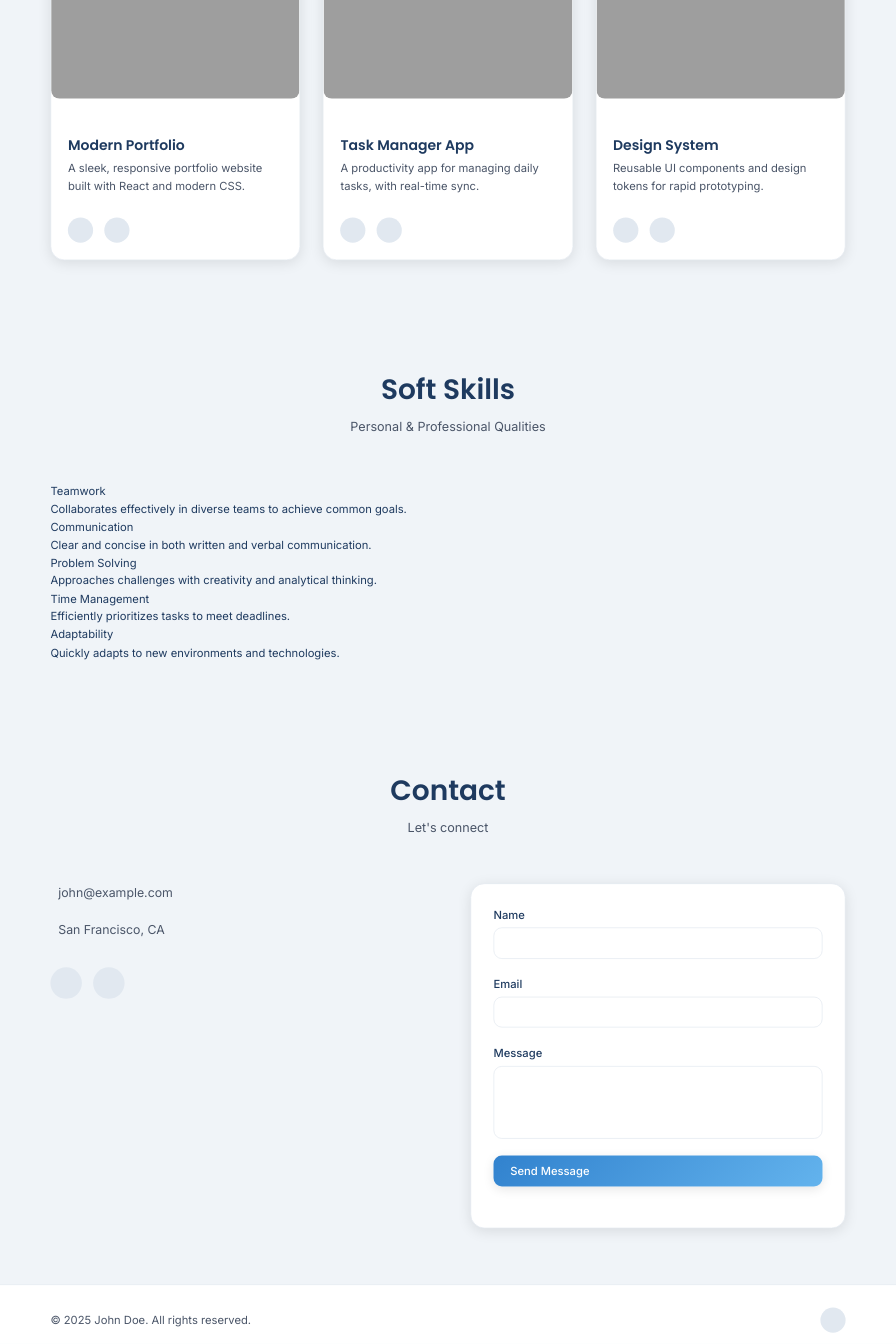
Repository: TharunPathakamuri/Portfolio
Page: index.html
These files come from the project's save history. The page is drawn as it stood at one moment and after the next save; the edit follows.
The browser window is 1280 px wide. The pictures show the part of the page from y = 2567 to 4487 px (the page is 4487 px tall before and 4436 px after), at 70% of full size.
Pictures or frames that could not be fetched are drawn as grey boxes.

Above is the page before, as saved 2025-07-04 23:34:41.

### index.html
<!DOCTYPE html>
<html lang="en">
  <head>
    <meta charset="UTF-8" />
    <meta name="viewport" content="width=device-width, initial-scale=1.0" />
    <title>Tharun Pathakamuri - Portfolio</title>
    <meta
      name="description"
      content="Personal Portfolio - Modern Web Developer"
    />

    <!-- Google Fonts -->
    <link rel="preconnect" href="https://fonts.googleapis.com" />
    <link rel="preconnect" href="https://fonts.gstatic.com" crossorigin />
    <link
      href="https://fonts.googleapis.com/css2?family=Inter:wght@300;400;500;600;700&family=Poppins:wght@300;400;500;600;700&display=swap"
      rel="stylesheet"
    />

    <!-- Lucide Icons -->
    <link
      rel="stylesheet"
      href="https://cdn.jsdelivr.net/npm/lucide-static@0.292.0/font/lucide.css"
    />

    <!-- Custom CSS -->
    <link rel="stylesheet" href="styles.css" />
    <link rel="shortcut icon" href="favicon.ico" type="image/x-icon" />
  </head>
  <body>
    <!-- Navigation -->
    <nav class="navbar" id="navbar">
      <div class="container">
        <div class="nav-content">
          <div class="nav-logo">
            <h3>Portfolio</h3>
          </div>

          <ul class="nav-menu" id="nav-menu">
            <li><a href="#home" class="nav-link">Home</a></li>
            <li><a href="#about" class="nav-link">About</a></li>
            <li><a href="#skills" class="nav-link">Skills</a></li>
            <li><a href="#projects" class="nav-link">Projects</a></li>
            <li><a href="#experience" class="nav-link">Experience</a></li>
            <li><a href="#contact" class="nav-link">Contact</a></li>
          </ul>

          <div class="nav-actions">
            <button
              class="theme-toggle"
              id="theme-toggle"
              aria-label="Toggle dark mode"
            >
              <i class="lucide lucide-moon"></i>
            </button>

            <button
              class="mobile-menu-toggle"
              id="mobile-menu-toggle"
              aria-label="Toggle mobile menu"
            >
              <i class="lucide lucide-menu"></i>
            </button>
          </div>
        </div>
      </div>
    </nav>

    <!-- Hero Section -->
    <section id="home" class="hero">
      <div class="container">
        <div class="hero-content">
          <div class="hero-text">
            <div class="hero-greeting">
              <span class="wave">👋</span> Hello, I'm
            </div>

            <h1 class="hero-title">
              <span class="name">Tharun Sai Charan Pathakamuri</span>
              <span class="title">Junior Web Developer</span>
            </h1>

            <p class="hero-description">
              I create beautiful, functional, and user-centered digital
              experiences. Passionate about clean code, modern design, and
              innovative solutions.
            </p>

            <div class="hero-actions">
              <button
                class="btn btn-primary"
                onclick="scrollToSection('contact')"
              >
                <i class="lucide lucide-mail"></i>
                Get In Touch
              </button>

              <a
                href="THARUN_PATHAKAMUR_RESUME.pdf"
                class="btn btn-secondary"
                download
              >
                <i class="lucide lucide-download"></i>
                Download Resume
              </a>
            </div>

            <div class="hero-social">
              <a
                href="https://github.com/TharunPathakamuri"
                target="_blank"
                rel="noopener noreferrer"
                class="social-link"
              >
                <i class="lucide lucide-github"></i>
              </a>
              <a
                href="https://www.linkedin.com/in/tharun-pathakamuri/"
                target="_blank"
                rel="noopener noreferrer"
                class="social-link"
              >
                <i class="lucide lucide-linkedin"></i>
              </a>
            </div>
          </div>

          <div class="hero-visual">
            <div class="hero-image">
              <div class="image-placeholder">
                <div class="placeholder-text">JD</div>
              </div>
            </div>
          </div>
        </div>
      </div>
    </section>

    <!-- About Section -->
    <section id="about" class="about section">
      <div class="container">
        <div class="section-header">
          <h2 class="section-title">About Me</h2>
          <p class="section-subtitle">Get to know me better</p>
        </div>

        <div class="about-content">
          <div class="about-text">
            <div class="about-description">
              <p>
                🎓 I’m a B.Tech graduate in Electronics and Communication
                Engineering with a strong interest in web development and Python
                programming.
              </p>

              <p>
                💡 Skilled in HTML, CSS, SQL, and Git, I build
                responsive and user-friendly websites with clean code and
                creative UI.
              </p>

              <p>
               🚀 Currently exploring JavaScript and UI/UX, and
                actively seeking opportunities to contribute to real-world
                projects and grow as a developer.
              </p>
            </div>

            <div class="about-highlights">
              <div class="highlight-item">
                <div class="highlight-icon">
                  <i class="lucide lucide-briefcase"></i>
                </div>
                <div class="highlight-content">
                  <h4 class="highlight-title">Fresher</h4>
                  <p class="highlight-description">Professional Experience</p>
                </div>
              </div>

              <div class="highlight-item">
                <div class="highlight-icon">
                  <i class="lucide lucide-graduation-cap"></i>
                </div>
                <div class="highlight-content">
                  <h4 class="highlight-title">Electronics and Communication
                Engineering</h4>
                  <p class="highlight-description">Bachelor's Degree</p>
                </div>
              </div>

              <div class="highlight-item">
                <div class="highlight-icon">
                  <i class="lucide lucide-map-pin"></i>
                </div>
                <div class="highlight-content">
                  <h4 class="highlight-title">Remote</h4>
                  <p class="highlight-description">Available Worldwide</p>
                </div>
              </div>

              <div class="highlight-item">
                <div class="highlight-icon">
                  <i class="lucide lucide-calendar"></i>
                </div>
                <div class="highlight-content">
                  <h4 class="highlight-title">Available</h4>
                  <p class="highlight-description">For New Projects</p>
                </div>
              </div>
            </div>
          </div>

          <div class="about-visual">
            <div class="about-card">
              <div class="card-header">
                <h3>Personal Info</h3>
              </div>

              <div class="info-list">
                <div class="info-item">
                  <span class="info-label">Name:</span>
                  <span class="info-value">Tharun Sai Charan Pathakamuri</span>
                </div>

                <div class="info-item">
                  <span class="info-label">Email:</span>
                  <span class="info-value">tharunsaicharanpathakamuri@gmail.com</span>
                </div>

                <div class="info-item">
                  <span class="info-label">Location:</span>
                  <span class="info-value">Hyderabad, India</span>
                </div>

                <div class="info-item">
                  <span class="info-label">Languages:</span>
                  <span class="info-value">English, Telugu, Hindi</span>
                </div>
              </div>
            </div>
          </div>
        </div>
      </div>
    </section>

    <!-- Skills Section -->
    <section id="skills" class="skills section">
      <div class="container">
        <div class="section-header">
          <h2 class="section-title">Skills</h2>
          <p class="section-subtitle">Technologies & Tools</p>
        </div>

        <div class="skills-grid">
          <div class="skill-card">
            <div class="skill-icon">
              <i class="lucide lucide-code"></i>
            </div>
            <div class="skill-name">HTML5</div>
          </div>

          <div class="skill-card">
            <div class="skill-icon">
              <i class="lucide lucide-palette"></i>
            </div>
            <div class="skill-name">CSS3</div>
          </div>

          <div class="skill-card">
            <div class="skill-icon">
              <i class="lucide lucide-file-code"></i>
            </div>
            <div class="skill-name">JavaScript</div>
          </div>

          <div class="skill-card">
            <div class="skill-icon">
              <i class="lucide lucide-zap"></i>
            </div>
            <div class="skill-name">React</div>
          </div>


          <div class="skill-card">
            <div class="skill-icon">
              <i class="lucide lucide-database"></i>
            </div>
            <div class="skill-name">SQL</div>
          </div>

          <div class="skill-card">
            <div class="skill-icon">
              <i class="lucide lucide-git-branch"></i>
            </div>
            <div class="skill-name">Git</div>
          </div>
          </div>
          </div>
    </section>

    <!-- Projects Section -->
    <section id="projects" class="projects section">
      <div class="container">
        <div class="section-header">
          <h2 class="section-title">Projects</h2>
          <p class="section-subtitle">Selected Work</p>
        </div>

        <div class="projects-grid">
          <div class="project-card">
            <div class="project-image">
              <img src="https://images.unsplash.com/photo-1461749280684-dccba630e2f6?auto=format&fit=crop&w=400&q=80" alt="Modern Portfolio - Professional workspace with laptop" style="object-fit:cover;width:100%;height:220px;border-radius:12px;" />
            </div>
            <div class="project-content">
              <h3 class="project-title">Modern Portfolio</h3>
              <p class="project-description">
                A sleek, responsive portfolio website built with React and
                modern CSS.
              </p>
              <div class="project-tech">
                <span class="tech-icon"><i class="lucide lucide-zap"></i></span>
                <span class="tech-icon"
                  ><i class="lucide lucide-image"></i
                ></span>
              </div>
              <div class="project-links">
                <a
                  href="https://github.com"
                  target="_blank"
                  rel="noopener noreferrer"
                  class="project-link"
                >
                  <i class="lucide lucide-github"></i>
                </a>
                <a
                  href="#"
                  target="_blank"
                  rel="noopener noreferrer"
                  class="project-link"
                >
                  <i class="lucide lucide-external-link"></i>
                </a>
              </div>
            </div>
          </div>

          <div class="project-card">
            <div class="project-image">
              <img src="https://images.unsplash.com/photo-1519389950473-47ba0277781c?auto=format&fit=crop&w=400&q=80" alt="Task Manager App - Organized desk with productivity tools" style="object-fit:cover;width:100%;height:220px;border-radius:12px;" />
            </div>
            <div class="project-content">
              <h3 class="project-title">Task Manager App</h3>
              <p class="project-description">
                A productivity app for managing daily tasks, with real-time
                sync.
              </p>
              <div class="project-tech">
                <span class="tech-icon"><i class="lucide lucide-zap"></i></span>
                <span class="tech-icon"
                  ><i class="lucide lucide-server"></i
                ></span>
                <span class="tech-icon"
                  ><i class="lucide lucide-database"></i
                ></span>
              </div>
              <div class="project-links">
                <a
                  href="https://github.com"
                  target="_blank"
                  rel="noopener noreferrer"
                  class="project-link"
                >
                  <i class="lucide lucide-github"></i>
                </a>
                <a
                  href="#"
                  target="_blank"
                  rel="noopener noreferrer"
                  class="project-link"
                >
                  <i class="lucide lucide-external-link"></i>
                </a>
              </div>
            </div>
          </div>

          <div class="project-card">
            <div class="project-image">
              <img src="https://images.unsplash.com/photo-1506744038136-46273834b3fb?auto=format&fit=crop&w=400&q=80" alt="Design System - UI design sketches and color swatches" style="object-fit:cover;width:100%;height:220px;border-radius:12px;" />
            </div>
            <div class="project-content">
              <h3 class="project-title">Design System</h3>
              <p class="project-description">
                Reusable UI components and design tokens for rapid prototyping.
              </p>
              <div class="project-tech">
                <span class="tech-icon"
                  ><i class="lucide lucide-image"></i
                ></span>
                <span class="tech-icon"><i class="lucide lucide-zap"></i></span>
              </div>
              <div class="project-links">
                <a
                  href="https://github.com"
                  target="_blank"
                  rel="noopener noreferrer"
                  class="project-link"
                >
                  <i class="lucide lucide-github"></i>
                </a>
                <a
                  href="#"
                  target="_blank"
                  rel="noopener noreferrer"
                  class="project-link"
                >
                  <i class="lucide lucide-external-link"></i>
                </a>
              </div>
            </div>
          </div>
        </div>
      </div>
    </section>

    <!-- Soft Skills Section -->
    <section id="softskills" class="softskills section">
      <div class="container">
        <div class="section-header">
          <h2 class="section-title">Soft Skills</h2>
          <p class="section-subtitle">Personal & Professional Qualities</p>
        </div>
        <div class="softskills-grid">
          <div class="softskill-card">
            <div class="softskill-icon"><i class="lucide lucide-users"></i></div>
            <div class="softskill-name">Teamwork</div>
            <div class="softskill-desc">Collaborates effectively in diverse teams to achieve common goals.</div>
          </div>
          <div class="softskill-card">
            <div class="softskill-icon"><i class="lucide lucide-message-circle"></i></div>
            <div class="softskill-name">Communication</div>
            <div class="softskill-desc">Clear and concise in both written and verbal communication.</div>
          </div>
          <div class="softskill-card">
            <div class="softskill-icon"><i class="lucide lucide-lightbulb"></i></div>
            <div class="softskill-name">Problem Solving</div>
            <div class="softskill-desc">Approaches challenges with creativity and analytical thinking.</div>
          </div>
          <div class="softskill-card">
            <div class="softskill-icon"><i class="lucide lucide-clock"></i></div>
            <div class="softskill-name">Time Management</div>
            <div class="softskill-desc">Efficiently prioritizes tasks to meet deadlines.</div>
          </div>
          <div class="softskill-card">
            <div class="softskill-icon"><i class="lucide lucide-smile"></i></div>
            <div class="softskill-name">Adaptability</div>
            <div class="softskill-desc">Quickly adapts to new environments and technologies.</div>
          </div>
        </div>
      </div>
    </section>

    <!-- Contact Section -->
    <section id="contact" class="contact section">
      <div class="container">
        <div class="section-header">
          <h2 class="section-title">Contact</h2>
          <p class="section-subtitle">Let's connect</p>
        </div>

        <div class="contact-content">
          <div class="contact-info">
            <div class="contact-item">
              <i class="lucide lucide-mail"></i>
              <span>john@example.com</span>
            </div>
            <div class="contact-item">
              <i class="lucide lucide-map-pin"></i>
              <span>San Francisco, CA</span>
            </div>
            <div class="contact-social">
              <a
                href="https://github.com"
                target="_blank"
                rel="noopener noreferrer"
                class="social-link"
              >
                <i class="lucide lucide-github"></i>
              </a>
              <a
                href="https://linkedin.com"
                target="_blank"
                rel="noopener noreferrer"
                class="social-link"
              >
                <i class="lucide lucide-linkedin"></i>
              </a>
            </div>
          </div>

          <form class="contact-form" id="contact-form">
            <div class="form-group">
              <label for="name">Name</label>
              <input id="name" type="text" required />
              <span class="form-error" id="name-error"></span>
            </div>

            <div class="form-group">
              <label for="email">Email</label>
              <input id="email" type="email" required />
              <span class="form-error" id="email-error"></span>
            </div>

            <div class="form-group">
              <label for="message">Message</label>
              <textarea id="message" rows="4" required></textarea>
              <span class="form-error" id="message-error"></span>
            </div>

            <button type="submit" class="btn btn-primary">Send Message</button>
            <div class="form-success" id="form-success"></div>
          </form>
        </div>
      </div>
    </section>

    <!-- Footer -->
    <footer class="footer">
      <div class="container">
        <div class="footer-content">
          <span
            >&copy; <span id="current-year"></span> John Doe. All rights
            reserved.</span
          >
          <button
            class="footer-top"
            onclick="scrollToTop()"
            aria-label="Back to top"
          >
            <i class="lucide lucide-arrow-up"></i>
          </button>
        </div>
      </div>
    </footer>

    <!-- Custom JavaScript -->
    <script src="script.js"></script>
  </body>
</html>

Loaded but not shown: script.js (335 lines, source omitted); styles.css (1099 lines, source omitted)

After the next save:
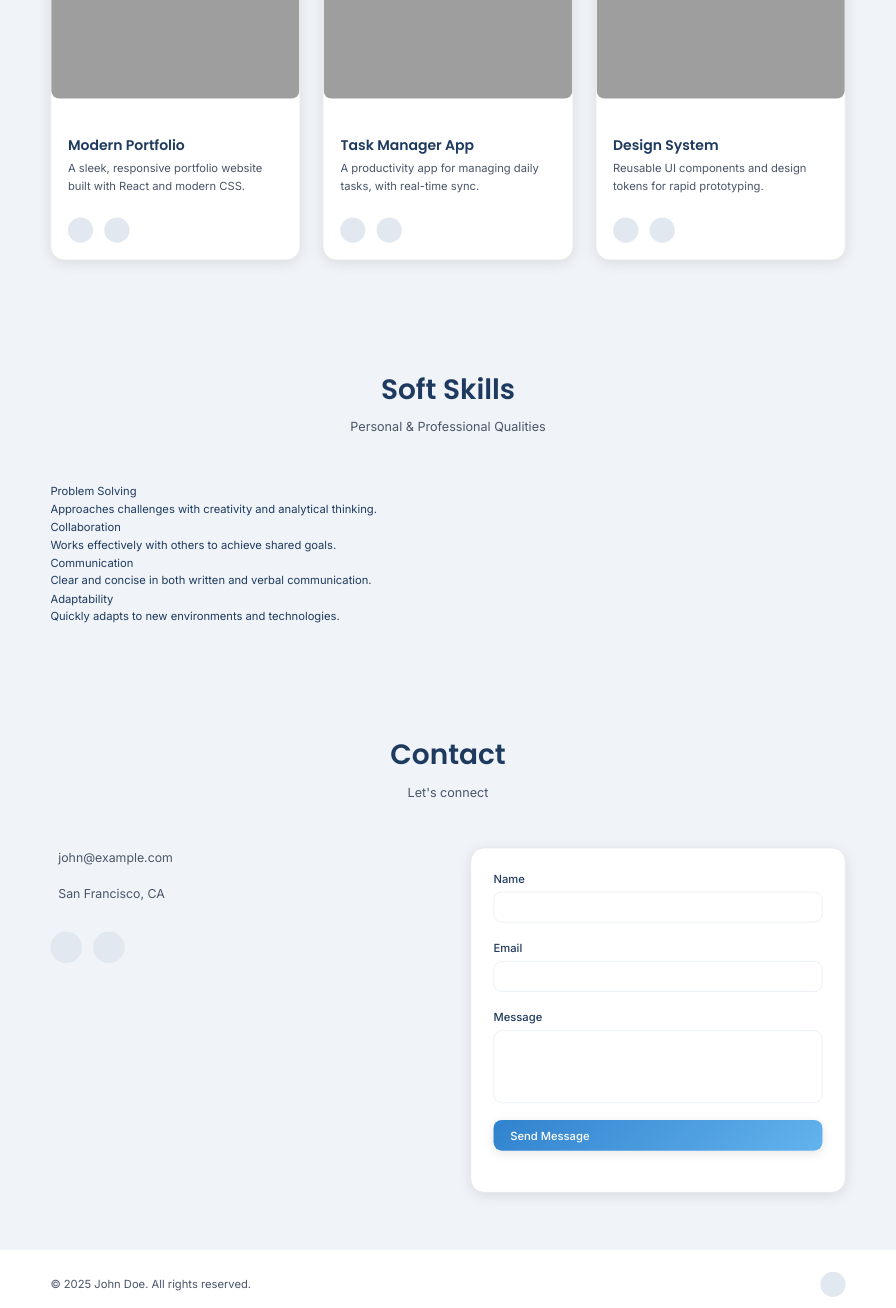
Saved 2 min 19 s later.
--- a/index.html
+++ b/index.html
@@ -432,24 +432,19 @@
         </div>
         <div class="softskills-grid">
           <div class="softskill-card">
+            <div class="softskill-icon"><i class="lucide lucide-lightbulb"></i></div>
+            <div class="softskill-name">Problem Solving</div>
+            <div class="softskill-desc">Approaches challenges with creativity and analytical thinking.</div>
+          </div>
+          <div class="softskill-card">
             <div class="softskill-icon"><i class="lucide lucide-users"></i></div>
-            <div class="softskill-name">Teamwork</div>
-            <div class="softskill-desc">Collaborates effectively in diverse teams to achieve common goals.</div>
+            <div class="softskill-name">Collaboration</div>
+            <div class="softskill-desc">Works effectively with others to achieve shared goals.</div>
           </div>
           <div class="softskill-card">
             <div class="softskill-icon"><i class="lucide lucide-message-circle"></i></div>
             <div class="softskill-name">Communication</div>
             <div class="softskill-desc">Clear and concise in both written and verbal communication.</div>
-          </div>
-          <div class="softskill-card">
-            <div class="softskill-icon"><i class="lucide lucide-lightbulb"></i></div>
-            <div class="softskill-name">Problem Solving</div>
-            <div class="softskill-desc">Approaches challenges with creativity and analytical thinking.</div>
-          </div>
-          <div class="softskill-card">
-            <div class="softskill-icon"><i class="lucide lucide-clock"></i></div>
-            <div class="softskill-name">Time Management</div>
-            <div class="softskill-desc">Efficiently prioritizes tasks to meet deadlines.</div>
           </div>
           <div class="softskill-card">
             <div class="softskill-icon"><i class="lucide lucide-smile"></i></div>
